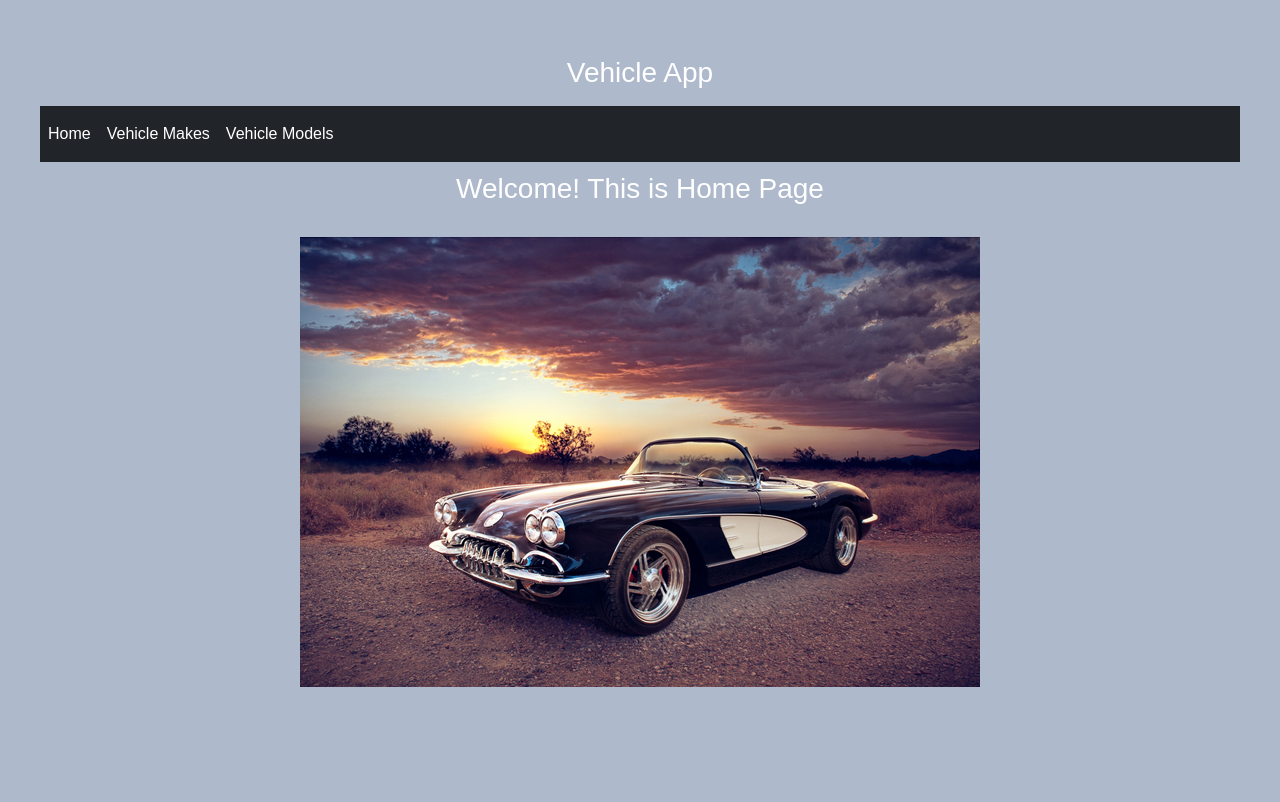
Repository: magdalenarajic/VehicleFrontend
Page: /
An editor plug-in stored every save of this project. The page is shown before and after the next save, followed by the edit.
The browser window is 1280 px wide. The pictures show the whole page.
The project was rebuilt for these pictures with package versions that can differ from the ones it lists, and the page was loaded fresh each time. Also part of the build but not shown: src/services/makeService.js, src/stores/makeStore.js, src/components/VehicleMake.js, src/services/modelService.js, src/stores/modelStore.js, src/components/VehicleModel.js.

Above is the page before, as saved 2023-03-10 12:09:22.

### public/index.html
<!DOCTYPE html>
<html lang="en">
  <head>
    <meta charset="utf-8" />
    <link rel="icon" href="%PUBLIC_URL%/favicon.ico" />
    <meta name="viewport" content="width=device-width, initial-scale=1" />
    <meta name="theme-color" content="#000000" />
    <meta
      name="description"
      content="Web site created using create-react-app"
    />
    <link rel="apple-touch-icon" href="%PUBLIC_URL%/logo192.png" />
    <!--
      manifest.json provides metadata used when your web app is installed on a
      user's mobile device or desktop. See https://developers.google.com/web/fundamentals/web-app-manifest/
    -->
    <link rel="manifest" href="%PUBLIC_URL%/manifest.json" />
    <!--
      Notice the use of %PUBLIC_URL% in the tags above.
      It will be replaced with the URL of the `public` folder during the build.
      Only files inside the `public` folder can be referenced from the HTML.

      Unlike "/favicon.ico" or "favicon.ico", "%PUBLIC_URL%/favicon.ico" will
      work correctly both with client-side routing and a non-root public URL.
      Learn how to configure a non-root public URL by running `npm run build`.
    -->
    <link
  rel="stylesheet"
  href="https://cdn.jsdelivr.net/npm/bootstrap@5.2.3/dist/css/bootstrap.min.css"
  integrity="sha384-rbsA2VBKQhggwzxH7pPCaAqO46MgnOM80zW1RWuH61DGLwZJEdK2Kadq2F9CUG65"
  crossorigin="anonymous"
/>
    <title>React App</title>
  </head>
  <body>
    <noscript>You need to enable JavaScript to run this app.</noscript>
    <div id="root"></div>
    <!--
      This HTML file is a template.
      If you open it directly in the browser, you will see an empty page.

      You can add webfonts, meta tags, or analytics to this file.
      The build step will place the bundled scripts into the <body> tag.

      To begin the development, run `npm start` or `yarn start`.
      To create a production bundle, use `npm run build` or `yarn build`.
    -->
  </body>
</html>

### src/index.css
body {
  background-color: rgb(193, 213, 219);
  font-family: -apple-system, BlinkMacSystemFont, 'Segoe UI', 'Roboto', 'Oxygen',
    'Ubuntu', 'Cantarell', 'Fira Sans', 'Droid Sans', 'Helvetica Neue',
    sans-serif;
}

code {
  font-family: source-code-pro, Menlo, Monaco, Consolas, 'Courier New',
    monospace;
}

### src/App.js
import './App.css';
import { Home } from './components/Home';
import VehicleMake  from './components/VehicleMake';
import {Navigation} from './components/Navigation';
import VehicleModel from './components/VehicleModel';

import {BrowserRouter, Route, Routes} from 'react-router-dom';

function App() {
  return (
    <BrowserRouter>
    <div >
    <header>
      <h3 className="m-3 d-flex justify-content-center">
        Vehicle App
      </h3>
      </header>
      <div>
      <Navigation/>
       <Routes>
        <Route path='/' element={<Home/>} />
        <Route path='/Makes' element={<VehicleMake/>} />
        <Route path='/Models' element={<VehicleModel/>} />
       </Routes>
    </div>
    </div>
    </BrowserRouter>
  );
}

export default App;

### src/App.css
.App {
  text-align: center;
}
body {
  background-color: #afb9cc;
  color: white;
  padding: 40px;
  font-family: Arial;
  text-align: center;
}

### src/components/Home.js
import React, {Component} from 'react';
import image from '../img/photo4.jpg';
import { Container } from 'react-bootstrap';

export class Home extends Component{

    render(){
      const mystyle = {
        color: "white",
        padding: "10px",
        fontFamily: "Arial"
      };
          return(
            <div style={{ backgroundImage:`url(${image})` ,
             backgroundRepeat:"no-repeat",
             backgroundPosition: "center",
            height:600,width:1200}}>
                <h3 style={mystyle}>
        Welcome!
        This is Home Page
      </h3>
            </div>
          )
    }
}

### src/components/Navigation.js
import React, { Component } from "react";
import { Navbar, Nav } from "react-bootstrap";

export class Navigation extends Component {
  render() {
    return (
      <Navbar bg="dark" variant="dark">
        <Nav variant="pills">
          <Nav.Link className="d-inline p-2 text-white " href="/">
            Home
          </Nav.Link>
          <Nav.Link className="d-inline p-2 text-white" href="/makes">
            Vehicle Makes
          </Nav.Link>
          <Nav.Link className="d-inline p-2 text-white" href="/models">
            Vehicle Models
          </Nav.Link>
        </Nav>
      </Navbar>
    );
  }
}

Loaded but not shown: src/index.js (common file); src/reportWebVitals.js (common file)

After the next save:
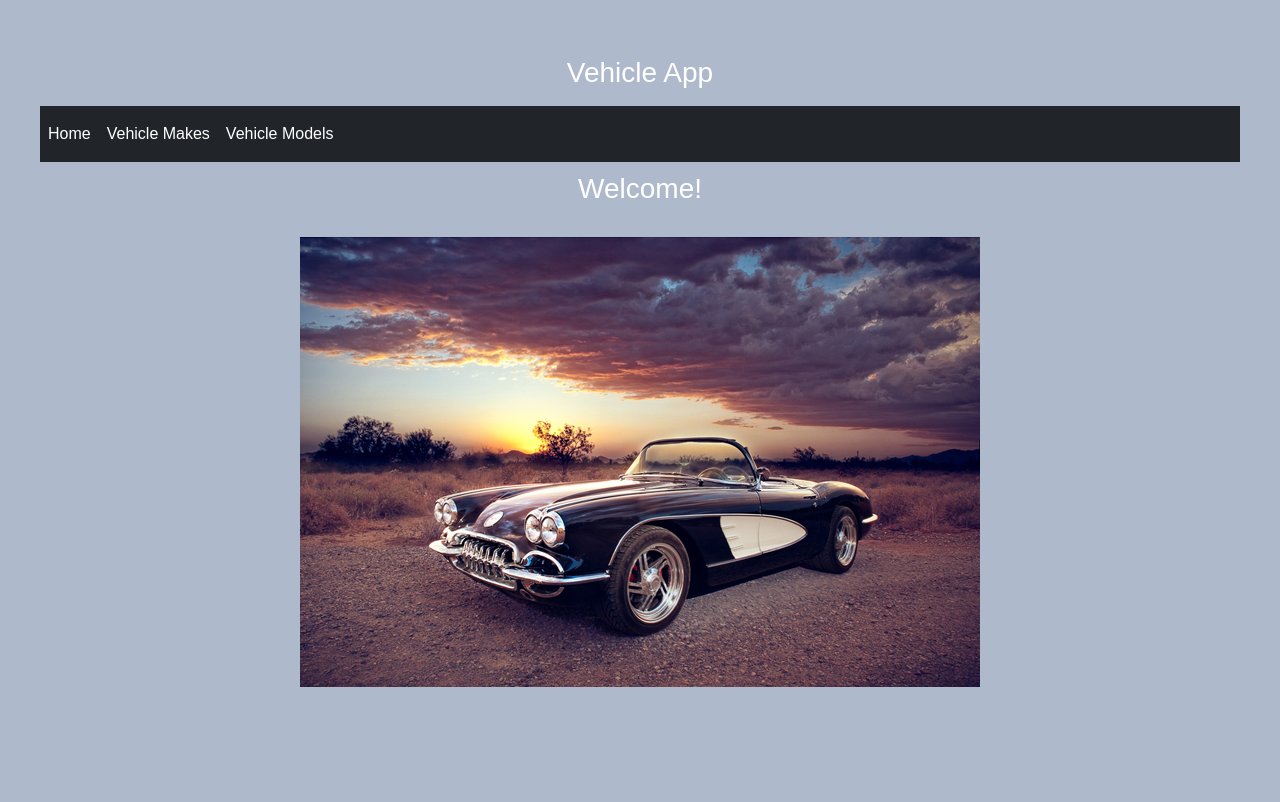
Saved 55 s later.
--- a/src/components/Home.js
+++ b/src/components/Home.js
@@ -17,7 +17,6 @@ export class Home extends Component{
             height:600,width:1200}}>
                 <h3 style={mystyle}>
         Welcome!
-        This is Home Page
       </h3>
             </div>
           )
